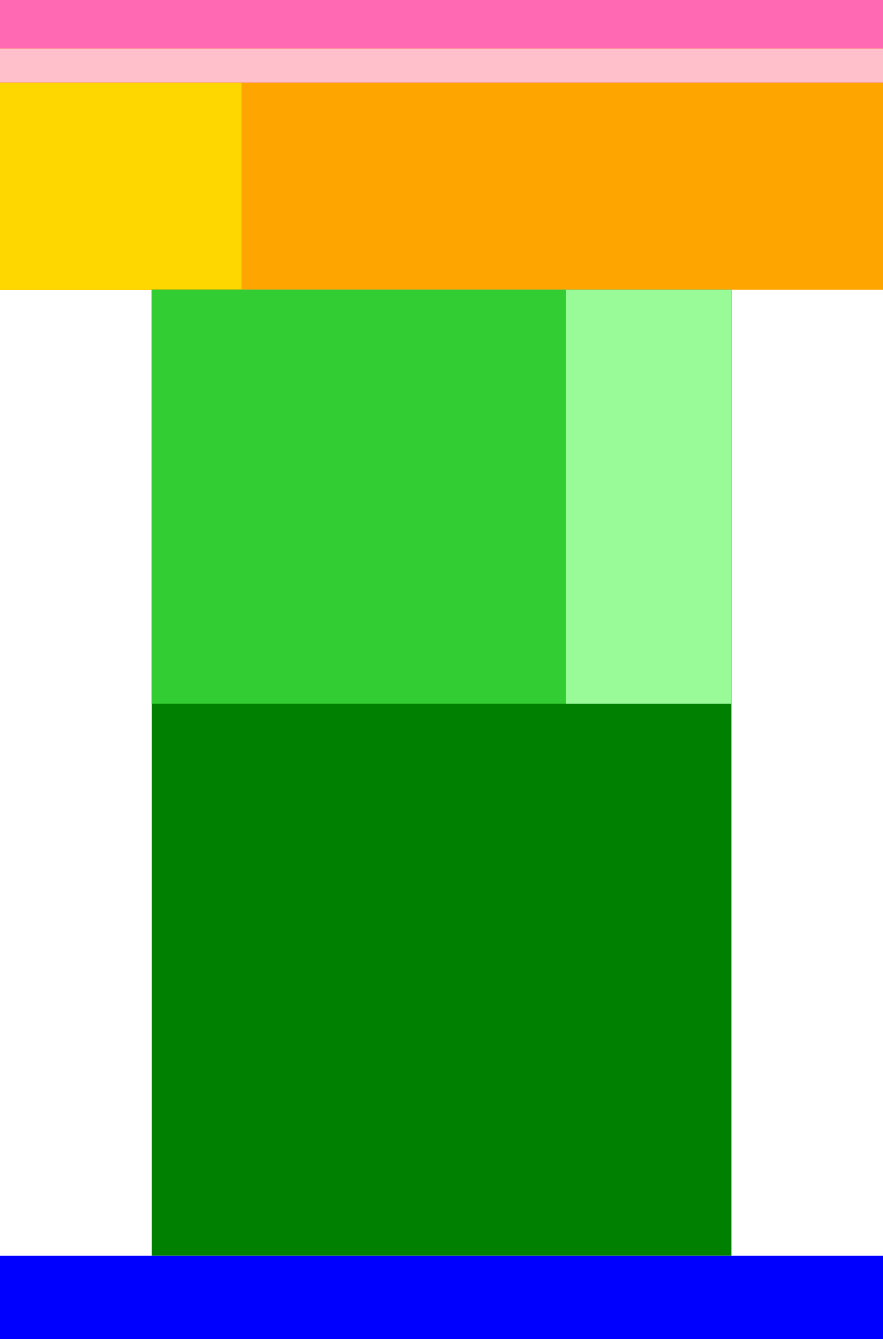
Repository: yuma-2/Ruby
Page: caravan/index.html
The author's editor kept a record of every edit. The page is drawn from the files as they stood at one moment, then again after the next edit.
The browser window is 1280 px wide. The pictures show the whole page, at 69% of full size.

Above is the page before.

After the next edit:
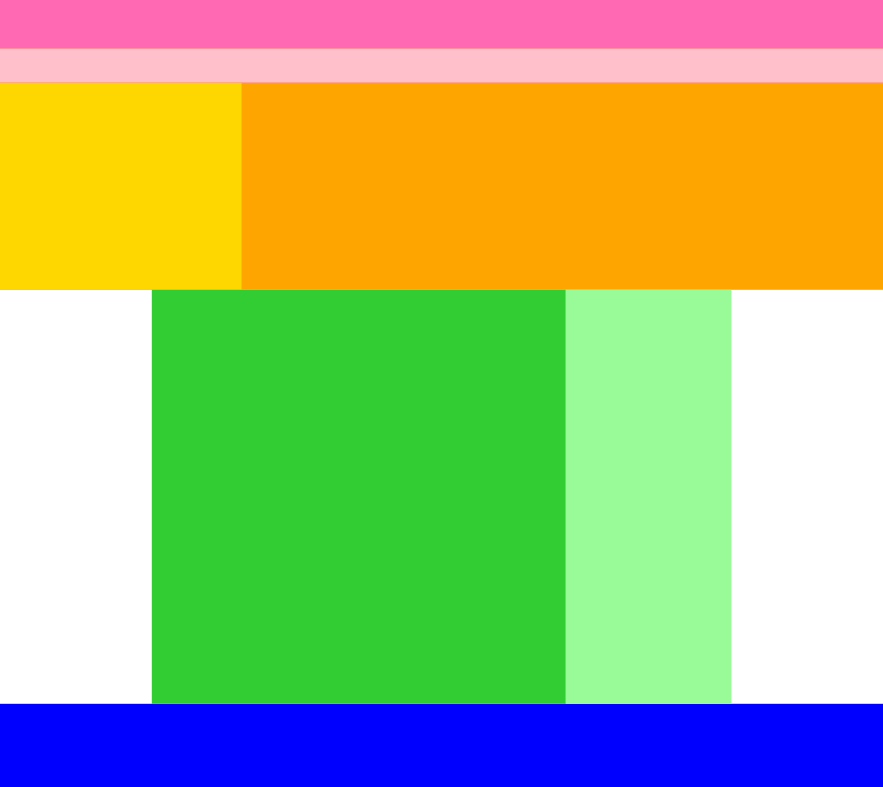
The edit:
--- a/caravan/style.css
+++ b/caravan/style.css
@@ -36,8 +36,6 @@
 
 .main {
   width: 840px;
-  height: 1400px;
-  background-color: green;
   display: flex;
   justify-content: center;
   margin: 0 auto;
